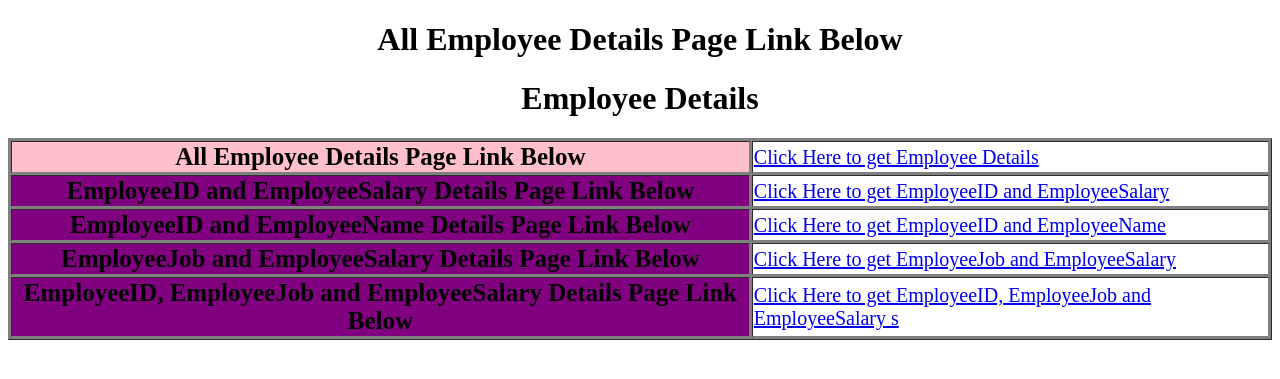
Repository: RhutujaBD/SpringMVCSession
Page: http://localhost/Spring-MVC-JDBCTemplate/WEB-INF/pages/home.jsp
An editor plug-in stored every save of this project. The page is shown before and after the next save, followed by the edit.
The browser window is 1280 px wide. The pictures show the whole page.
The page is served by Tomcat 9. Nobody is signed in. The template is opened directly, without the code that normally fills it, so the values that code supplies are empty.

Above is the page before, as saved 2023-03-29 11:04:22.

After the next save:
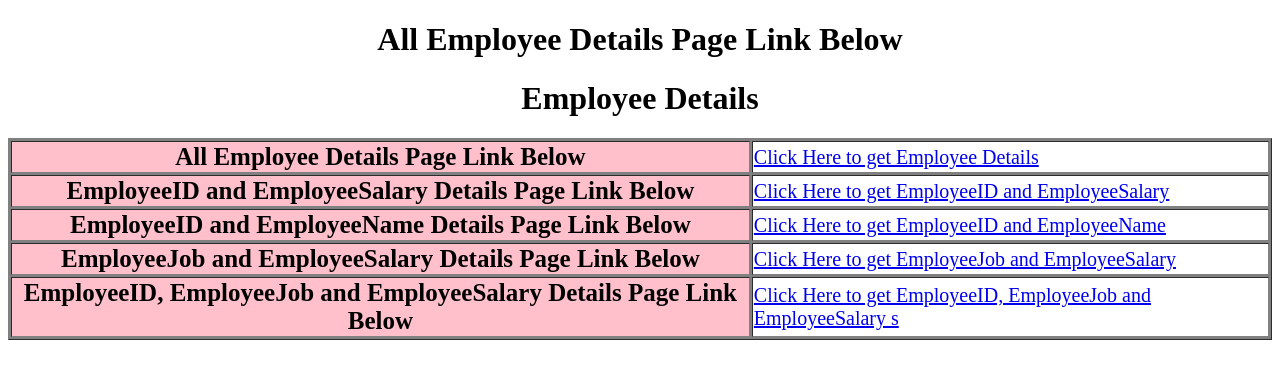
Saved 17 s later.
--- a/Spring-MVC-JDBCTemplate/src/main/webapp/WEB-INF/pages/home.jsp
+++ b/Spring-MVC-JDBCTemplate/src/main/webapp/WEB-INF/pages/home.jsp
@@ -32,19 +32,19 @@
 			<th>All Employee Details Page Link Below</th>
 			<td bgcolor="white"><a href="list_employees.htm">Click Here to get Employee Details</a></td>
 		</tr>
-		<tr bgcolor="purple" bordercolor="black">
+		<tr bgcolor="pink" bordercolor="black">
 			<th>EmployeeID and EmployeeSalary Details Page Link Below</th>
 			<td bgcolor="white"><a href="list_id_sal.htm">Click Here to get EmployeeID and EmployeeSalary</a></td>
 		</tr>
-		<tr bgcolor="purple" bordercolor="black">
+		<tr bgcolor="pink" bordercolor="black">
 			<th>EmployeeID and  EmployeeName Details Page Link Below</th>
 			<td bgcolor="white"><a href="list_id_name.htm">Click Here to get EmployeeID and  EmployeeName</a></td>
 		</tr>
-		<tr bgcolor="purple" bordercolor="black">
+		<tr bgcolor="pink" bordercolor="black">
 			<th>EmployeeJob and EmployeeSalary Details Page Link Below</th>
 			<td bgcolor="white"><a href="list_job_sal.htm">Click Here to get EmployeeJob and EmployeeSalary</a></td>
 		</tr>
-		<tr bgcolor="purple" bordercolor="black">
+		<tr bgcolor="pink" bordercolor="black">
 			<th>EmployeeID, EmployeeJob and EmployeeSalary Details Page Link Below</th>
 			<td bgcolor="white"><a href="list_id_job_sal.htm">Click Here to get EmployeeID, EmployeeJob and EmployeeSalary s</a></td>
 		</tr>
